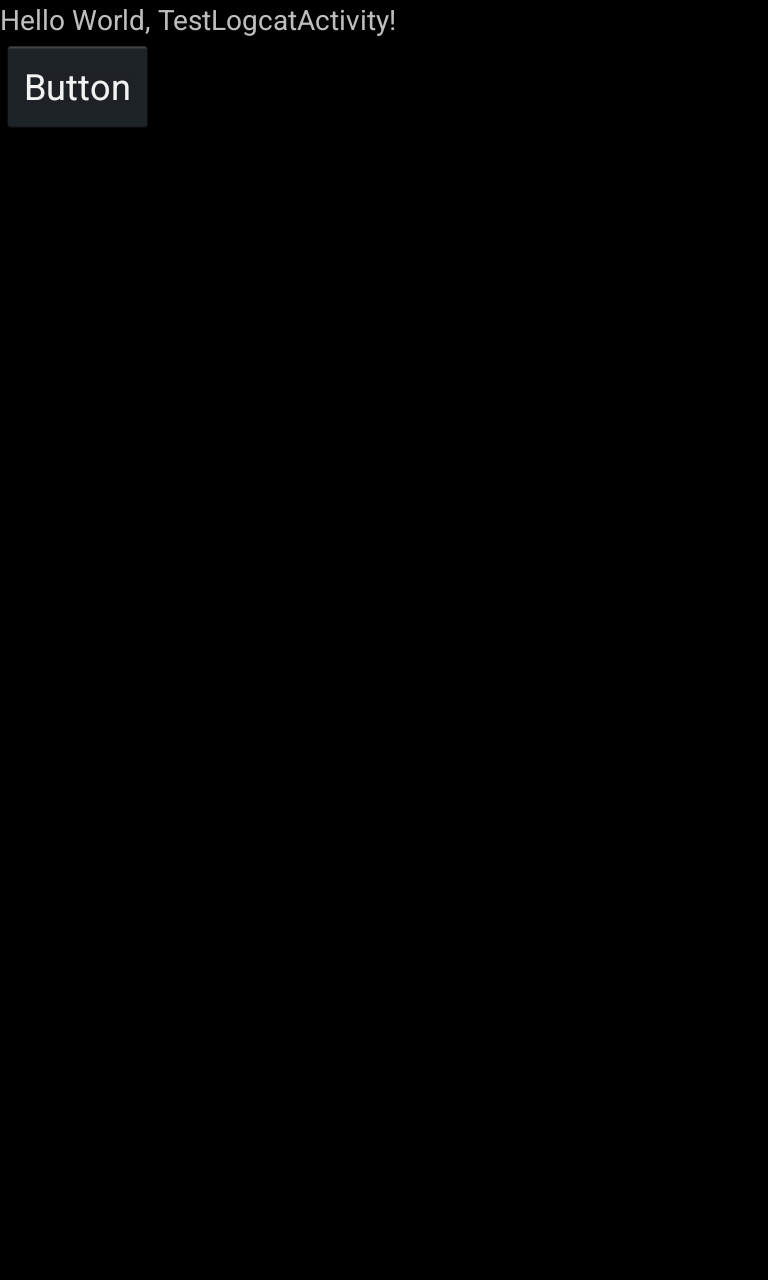
Repository: GuangmingChan/DevelopAndroidApp
Layout: testLogcat/res/layout/main.xml
These files come from the project's save history. The layout is drawn as it stood at one moment and after the next save; the edit follows.
It is drawn on a 768 x 1280 px phone screen (xhdpi) without system bars, with theme android:Theme.Holo; the app's code is not run.

Above is the layout before, as saved 2017-03-07 14:09:57.

### testLogcat/res/layout/main.xml
<?xml version="1.0" encoding="utf-8"?>
<LinearLayout xmlns:android="http://schemas.android.com/apk/res/android"
    android:layout_width="fill_parent"
    android:layout_height="fill_parent"
    android:orientation="vertical" >

    <TextView
        android:id="@+id/testMessage"
        android:layout_width="fill_parent"
        android:layout_height="wrap_content"
        android:text="@string/hello" />

    <Button
        android:id="@+id/button1"
        android:layout_width="wrap_content"
        android:layout_height="wrap_content"
        android:text="Button" />

</LinearLayout>

### testLogcat/res/values/strings.xml
<?xml version="1.0" encoding="utf-8"?>
<resources>

    <string name="app_name">TestLogcat</string>
    <string name="hello">Hello World, TestLogcatActivity!</string>

</resources>

After the next save:
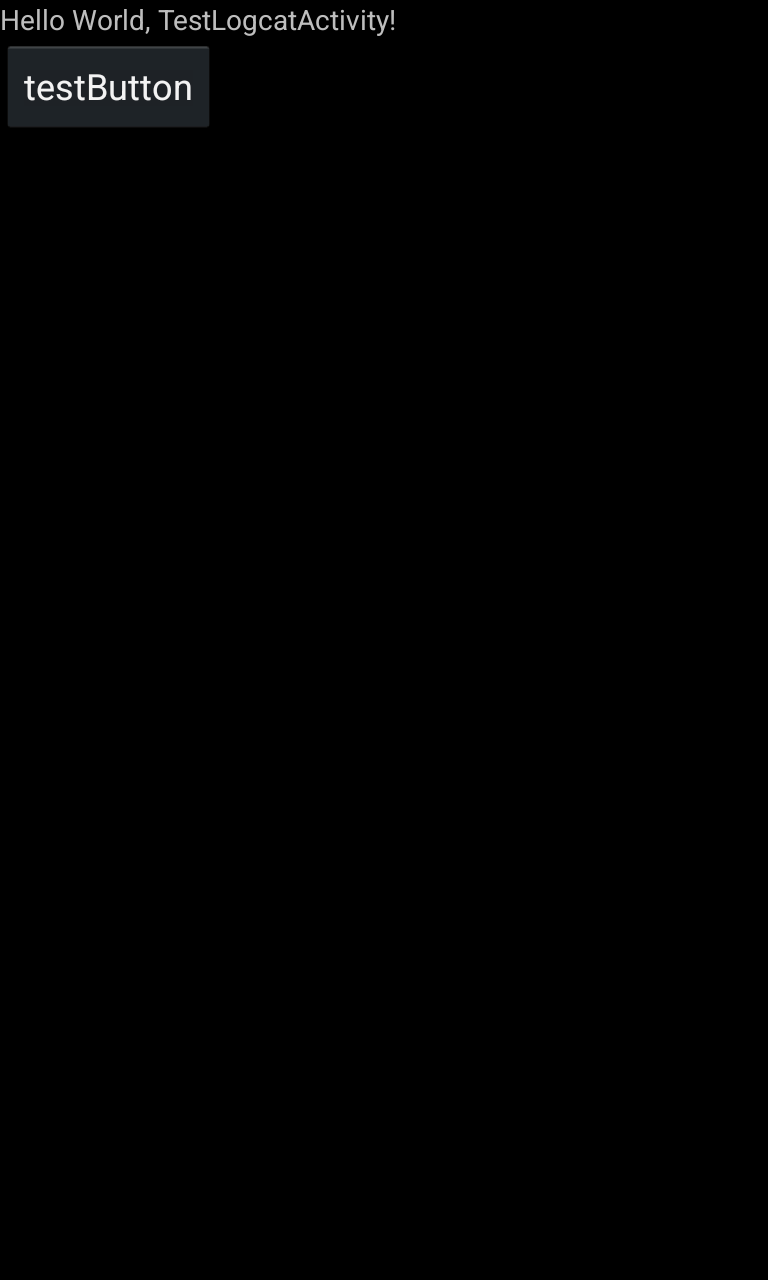
Saved 3 min 4 s later.
--- a/testLogcat/res/layout/main.xml
+++ b/testLogcat/res/layout/main.xml
@@ -11,9 +11,9 @@
         android:text="@string/hello" />
 
     <Button
-        android:id="@+id/button1"
+        android:id="@+id/testbutton"
         android:layout_width="wrap_content"
         android:layout_height="wrap_content"
-        android:text="Button" />
+        android:text="testButton" />
 
 </LinearLayout>
